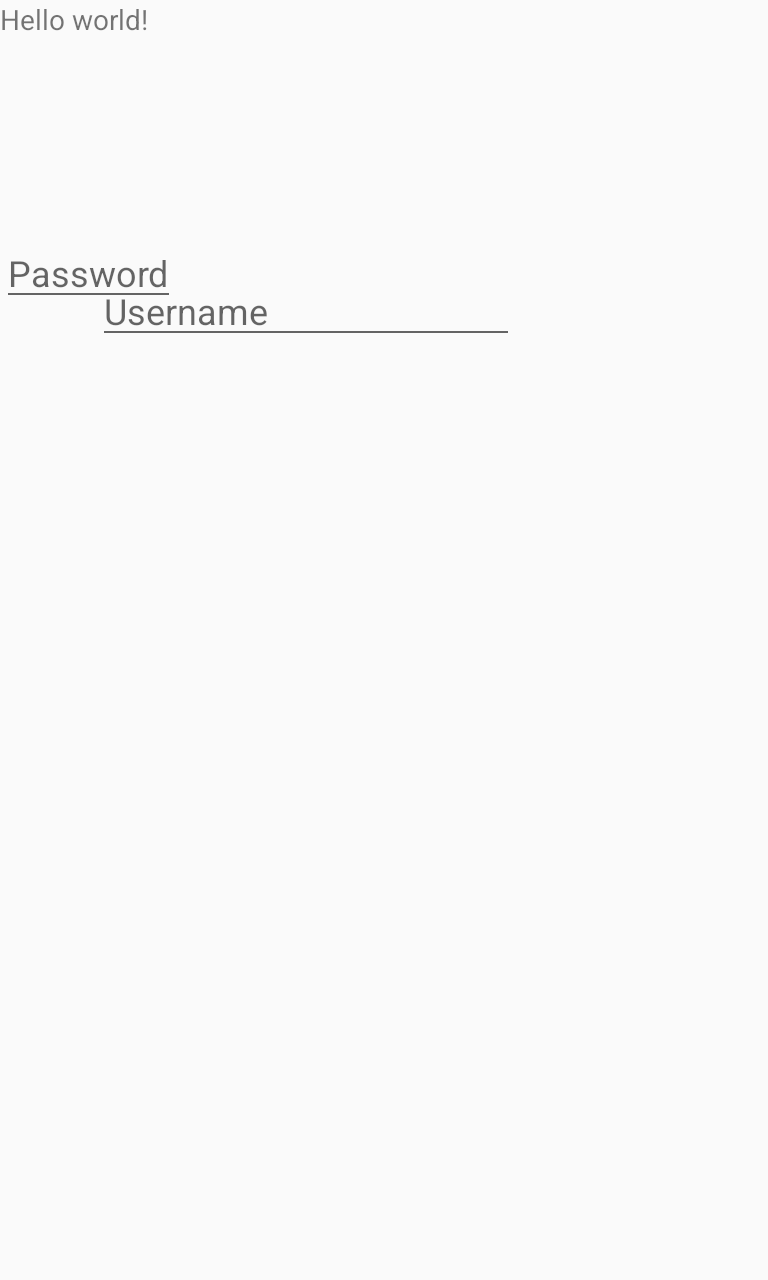
Repository: LogInc/oscar_app
Layout: Android/Oscar/res/layout/activity_login.xml
These files come from the project's save history. The layout is drawn as it stood at one moment and after the next save; the edit follows.
It is drawn on a 768 x 1280 px phone screen (xhdpi) without system bars, with theme AppTheme; the app's code is not run.

Above is the layout before, as saved 2015-02-19 12:53:34.

### Android/Oscar/res/layout/activity_login.xml
<RelativeLayout xmlns:android="http://schemas.android.com/apk/res/android"
    xmlns:tools="http://schemas.android.com/tools"
    android:layout_width="match_parent"
    android:layout_height="match_parent"
    tools:context="${relativePackage}.${activityClass}" >

    <TextView
        android:id="@+id/textView1"
        android:layout_width="wrap_content"
        android:layout_height="wrap_content"
        android:text="@string/hello_world" />

    <EditText
        android:layout_width="wrap_content"
        android:layout_height="wrap_content"
        android:layout_alignParentLeft="true"
        android:layout_below="@+id/textView1"
        android:layout_marginLeft="48dp"
        android:layout_marginTop="114dp"
        android:ems="10"
        android:hint="@string/Username" />

        <EditText
        android:layout_width="wrap_content"
        android:layout_height="wrap_content"
        android:layout_marginTop="114dp"
        android:hint="@string/Password" />



</RelativeLayout>

### Android/Oscar/res/values/strings.xml
<?xml version="1.0" encoding="utf-8"?>
<resources>

    <string name="app_name">Oscar</string>
    <string name="title_activity_login">Login</string>
    <string name="hello_world">Hello world!</string>
    <string name="Password">Password</string>
    <string name="Username">Username</string>

</resources>

Loaded but not shown: Android/Oscar/res/values/styles.xml (common file); Android/Oscar/res/values-v11/styles.xml (common file); Android/Oscar/res/values-v14/styles.xml (common file)

After the next save:
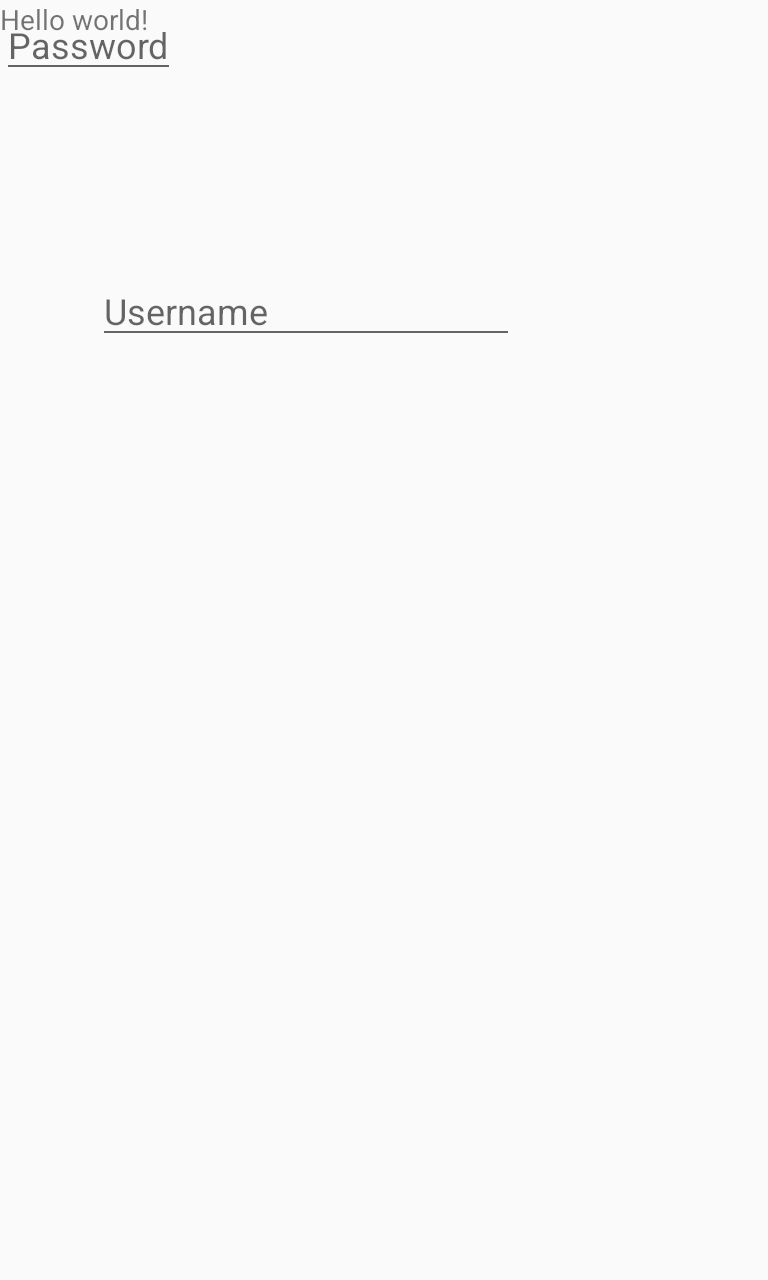
Saved 64 s later.
--- a/Android/Oscar/res/layout/activity_login.xml
+++ b/Android/Oscar/res/layout/activity_login.xml
@@ -11,6 +11,7 @@
         android:text="@string/hello_world" />
 
     <EditText
+        android:id="@+id/editText1"
         android:layout_width="wrap_content"
         android:layout_height="wrap_content"
         android:layout_alignParentLeft="true"
@@ -20,12 +21,10 @@
         android:ems="10"
         android:hint="@string/Username" />
 
-        <EditText
+    <EditText
         android:layout_width="wrap_content"
         android:layout_height="wrap_content"
-        android:layout_marginTop="114dp"
+
         android:hint="@string/Password" />
 
-
-
 </RelativeLayout>
